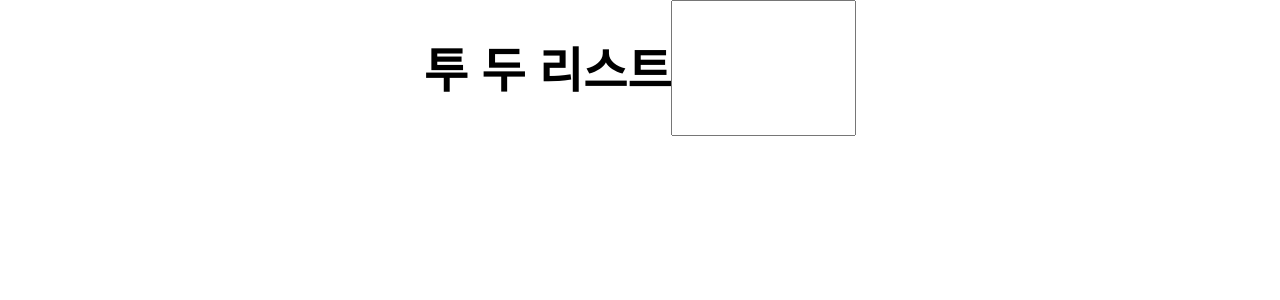
Repository: jun01270/Todo-List_React
Page: /
The author's editor kept a copy of each file at every save. The page is drawn from the files as they stood at one save, then again after a run of saves.
The browser window is 1280 px wide. The pictures show the whole page.
The project was rebuilt for these pictures with package versions that can differ from the ones it lists, and the page was loaded fresh each time.

Above is the page before, as saved 2023-01-02 17:18:56.

After the next 2 saves:
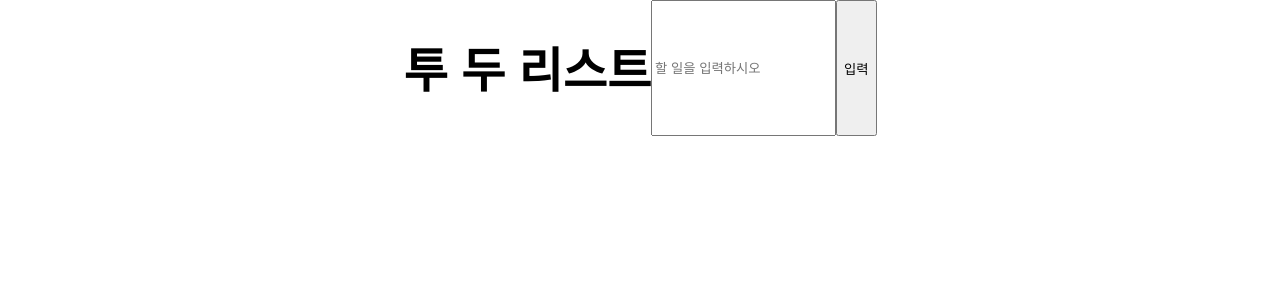
The 2 saves are shown as one change because 1 did not build or start.
The last was saved 26 s later.
--- a/src/todo.js
+++ b/src/todo.js
@@ -5,7 +5,8 @@ function Todo() {
   return (
     <div id="todo">
       <h1>투 두 리스트</h1>
-      <input type="text"></input>
+      <input type="text" placeholder="할 일을 입력하시오"></input>
+      <button>입력</button>
     </div>
   );
 }
